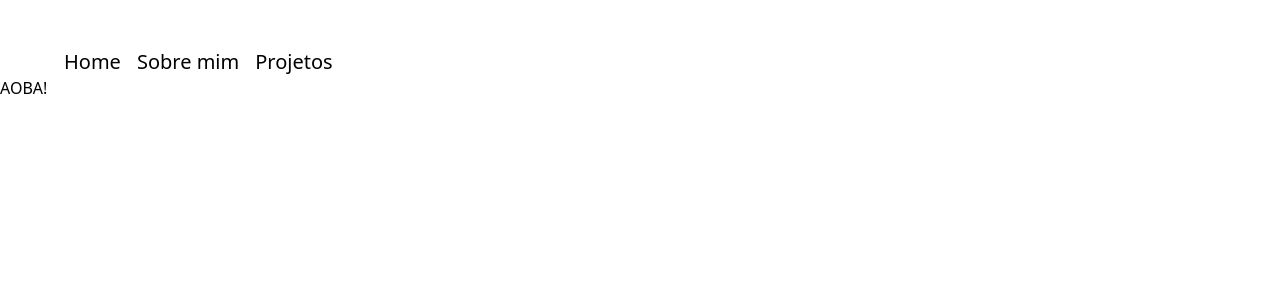
Repository: SUPER-ULTRA-GT/arquitetura
Page: /aboutme
An editor plug-in stored every save of this project. The page is shown before and after a run of saves, followed by the edit.
The browser window is 1280 px wide. The pictures show the whole page.
The project was rebuilt for these pictures with package versions that can differ from the ones it lists, and the page was loaded fresh each time. Also part of the build but not shown: vite.config.js, src/pages/Home/index.jsx, src/pages/NotFound/index.jsx, src/pages/Projects/index.jsx.

Above is the page before, as saved 2025-05-22 10:52:51.

### src/App.jsx
import Paths from "./routes/Paths";

const App = () => {
  return (
    <Paths />
    );
}

export default App;

### src/routes/Paths/index.jsx
import { BrowserRouter, Route, Routes } from "react-router-dom";
import Home from "../../pages/Home";
import NotFound from "../../pages/NotFound";
import AboutMe from "../../pages/AboutMe";
import Projects from "../../pages/Projects";

const Paths = () => {
    return (
        <BrowserRouter>
            <Routes>
                <Route path="/" element={<Home />} >
                </Route>
                <Route path="*" element={<NotFound />} />
                <Route path="/aboutme" element={<AboutMe />} />
                <Route path="/projects" element={<Projects />} />
            </Routes>
        </BrowserRouter>
    );
}

export default Paths;

### src/pages/AboutMe/index.jsx
import Header from "../../components/Header";

const AboutMe = () => {
    return (
        <>
            <Header />
            <h1>AOBA!</h1>
        </>
    );
}

export default AboutMe;

### src/components/Header/index.jsx
import { Link, NavLink } from "react-router-dom";

const Header = () => {
    return (
        <NavLink className="flex gap-4 mt-12 ml-16 text-xl">
            <Link to="/">Home</Link>
            <Link to="/aboutme">Sobre mim</Link>
            <Link to="/projects">Projetos</Link>
        </NavLink>
     );
}

export default Header;

### src/SiteLayout/index.jsx
import { Outlet } from "react-router-dom";
import Header from "../components/Header";
import Footer from "../components/Footer";

const SiteLayout = () => {
    return (
        <>
        <Header />
        <Outlet />
        <Footer />
        </>
     );
}

export default SiteLayout;

### src/components/Footer/index.jsx
const Footer = () => {
    return (
        <footer>
            Desenvolvido por ULTRA SUPER GT
        </footer>
     );
}

export default Footer;

Loaded but not shown: index.html (common file); src/main.jsx (common file); src/global.css (common file)

After the next 11 saves:
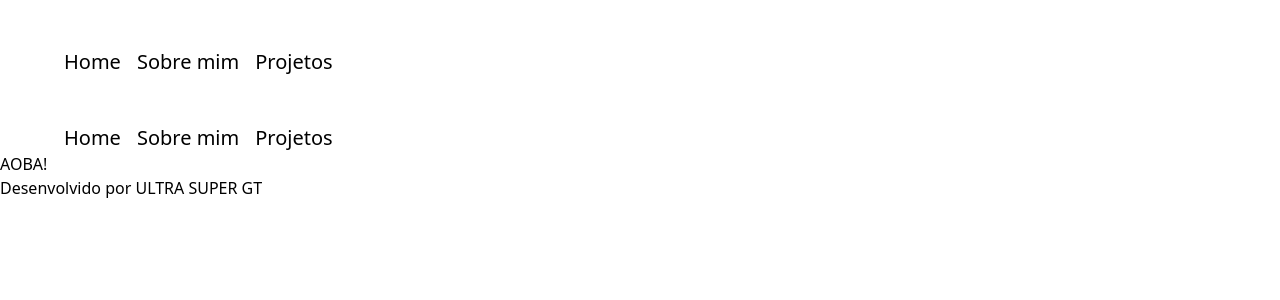
The 11 saves are shown as one change because they came seconds apart.
The last was saved 30 s later.
--- a/src/routes/Paths/index.jsx
+++ b/src/routes/Paths/index.jsx
@@ -3,16 +3,18 @@ import Home from "../../pages/Home";
 import NotFound from "../../pages/NotFound";
 import AboutMe from "../../pages/AboutMe";
 import Projects from "../../pages/Projects";
+import SiteLayout from "../../SiteLayout";
 
 const Paths = () => {
     return (
         <BrowserRouter>
             <Routes>
-                <Route path="/" element={<Home />} >
+                <Route path="/" element={<SiteLayout />}>
+                    <Route path="/" element={<Home />} />
+                    <Route path="*" element={<NotFound />} />
+                    <Route path="/aboutme" element={<AboutMe />} />
+                    <Route path="/projects" element={<Projects />} />
                 </Route>
-                <Route path="*" element={<NotFound />} />
-                <Route path="/aboutme" element={<AboutMe />} />
-                <Route path="/projects" element={<Projects />} />
             </Routes>
         </BrowserRouter>
     );
